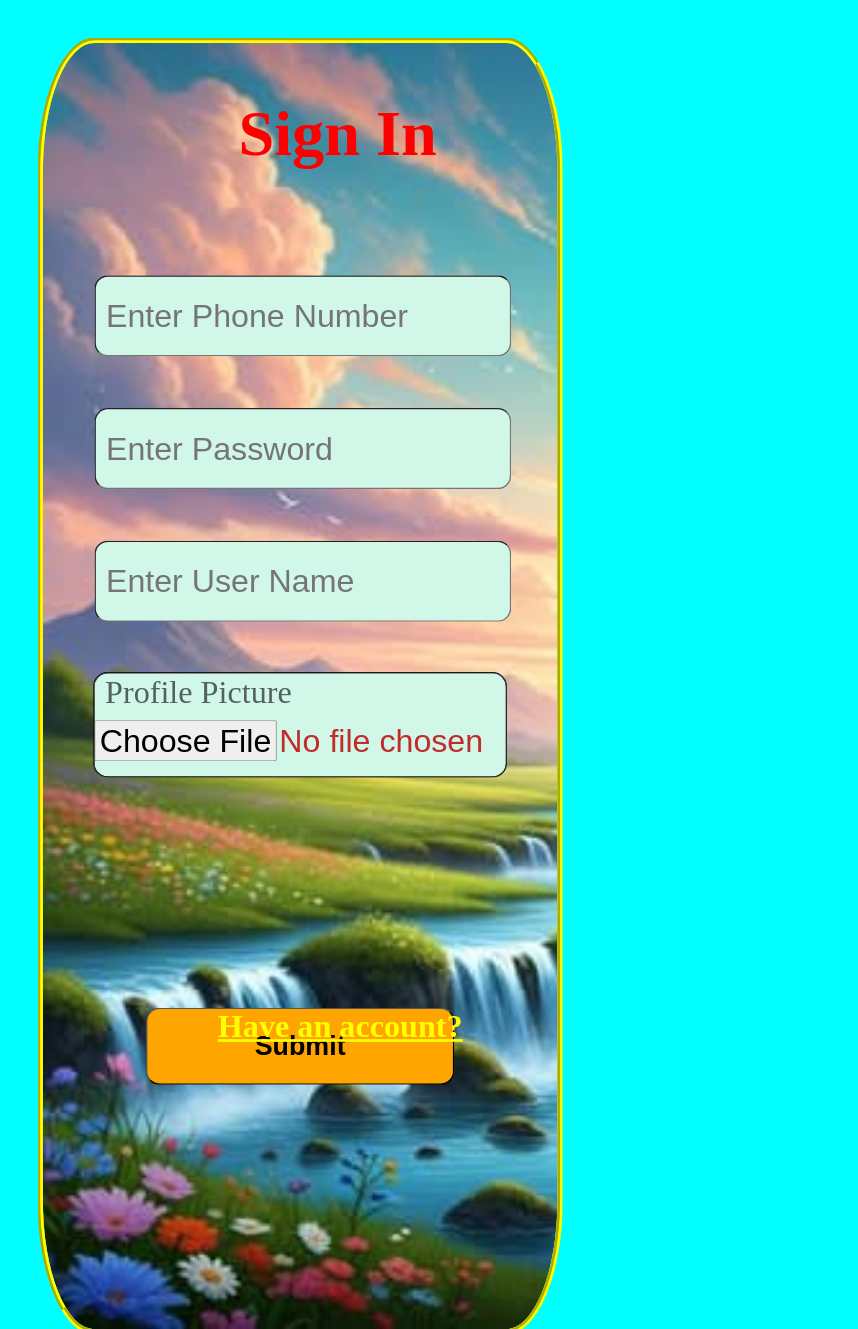
Repository: Amani-Kibet/express-app-web
Page: pages/signup/signIn.html
These files come from the project's save history. The page is drawn as it stood at one moment and after the next save; the edit follows.
The browser window is 1280 px wide. The pictures show the whole page, at 67% of full size.

Above is the page before, as saved 2025-09-28 18:15:37.

### pages/signup/signIn.html
<!DOCTYPE html>
<head>
  <meta name="viewport" content="width= device-width, initial-scale=1.0"/>
  <title> Login Page</title>
  <style>
    body{
      background-color: cyan;
    }
  #board{
    background: url(/pictures/p1.png);
    background-size: cover;
    width: 60vw;
    height: 150vw;
    border-radius: 10%;
    outline: 8px groove yellow;
    position: absolute;
    top: 4rem;
    left: 4rem;
  }
  h2{
    color: red;
    position: relative;
    left: 38%;
    font-size: 6rem
  }
  .inputs{
    width: 80%;
    height: 6%;
    position: relative;
    left: 10%;
    margin-top: 10%;
    border-radius: 20px;
    color: blue;
    font-size: 3em;
    background-color: rgb(209, 247, 233);
  }
  #picC{
    display: flex;
    flex-direction: column;
    height: 14%;
    gap: 10%;
    height: 8%;
    outline: 2px groove black;
    color: rgb(194, 43, 43);
  }
  #picI{
    font-size: 1em;
  }
  #picT{
    font-size: 1em;
    opacity: 0.6;
    font-style: normal;
    position: relative;
    left: 1rem;
    color: black;
  }
  #submit{
    background: orange;
    position: absolute;
    width: 60%;
    height: 6%;
    top: 75%;
    left: 20%;
    border-radius: 20px;
    font-size: 2.5em;
    font-weight: bold;
  }
  #msg{
    background: lightblue;
    width: 70%;
    height: 50%;
    border-radius: 10px;
    position: absolute;
    bottom: 30%;
    left: 15%;
    outline: 4px groove yellow;
    display: none;
  }
  .prog{
    border-radius: 100%;
    position: absolute;
    top: 4%;
    left: 4%;
    outline: 20px groove yellow;
    font-size: 8em;
  }
  #prog2{
      transform: rotateY(90deg)
  }
  #progC{
    transform-style: preserve-3d;
    animation: spin 4s ease-in-out infinite;
  }
  #msgT{
    position: relative;
    top: 36%;
    left: 10%;
    color: blue;
    font-weight: bold;
    font-size: 4em;
    width: 80%;
    height: 20%;
  }
  #loginT{
    position: relative;
    top: 20%;
    left: 12%;
    color: rgb(255, 60, 0);
    font-weight: 500;
    font-size: 5em;
    width: 80%;
    height: 25%;
  }
  .links{
    position: absolute;
    font-weight: 800;
    font-size: 3em;
    color: yellow;
    top: 75%;
    left: 34%
  }
  @keyframes spin{
    0%{transform: rotateY(0deg) rotateX(0deg) translateX(0px)}
    50%{transform: rotateY(360deg) rotateX(60deg) translateX(50px)}
    100%{transform: rotateY(0deg) rotateX(0deg) translateX(0px)}
  }
  </style>
</head>
<body>
  <div id="board">
    <h2>Sign In</h2>
    <input type="number" class="inputs" id="phoneI" placeholder=" Enter Phone Number">
    <input type="password" class="inputs" id="passI" placeholder=" Enter Password">
    <input type="text" class="inputs" id="nameI" placeholder=" Enter User Name">
    <div id="picC" class="inputs">
      <i id="picT">Profile Picture</i>
    <input id="picI" type="file" name="image">
    </div>
  <button id="submit" onclick="f1()">Submit</button>
  <a class="links" id="link1" href="/pages/signup/logIn.html">Have an account?</a>
    <div id="msg">
      <div id="progC">
        <div id="prog1" class="prog">🔴</div>
      <div id="prog2" class="prog">🟢</div>
      </div>
      <p id="loginT">Please wait...</p>
      <h3 id="msgT">No text returned</h3>
    </div>
  </div>
</body>
<script>
  let bt1= document.getElementById("submit")
  let msgT= document.getElementById("msgT")
  let msg= document.getElementById("msg")

function f1(){
  let phoneI= document.getElementById("phoneI").value;
  let passI= document.getElementById("passI").value;
  let nameI= document.getElementById("nameI").value;
  let picI= document.getElementById("picI").files[0];

  let folder= new FormData()
  folder.append("image", picI)
  folder.append("json", JSON.stringify({phone: `${phoneI}`, pass: `${passI}`, name: `${nameI}`}))


  fetch("/path1", {
    method: "POST",
    body: folder
  })
  .then(type=> type.text())
  .then(data=> {
  msg.style.display="block";
  msgT.innerHTML=`${phoneI} ${data}`
  setTimeout(()=>{
  msg.style.display="none";
  window.location.href="/pages/signup/login.html"
}, 8000);
})

  fetch("/path2", {
    method: "POST",
    body: env
  });

}
</script>
</html>

After the next save:
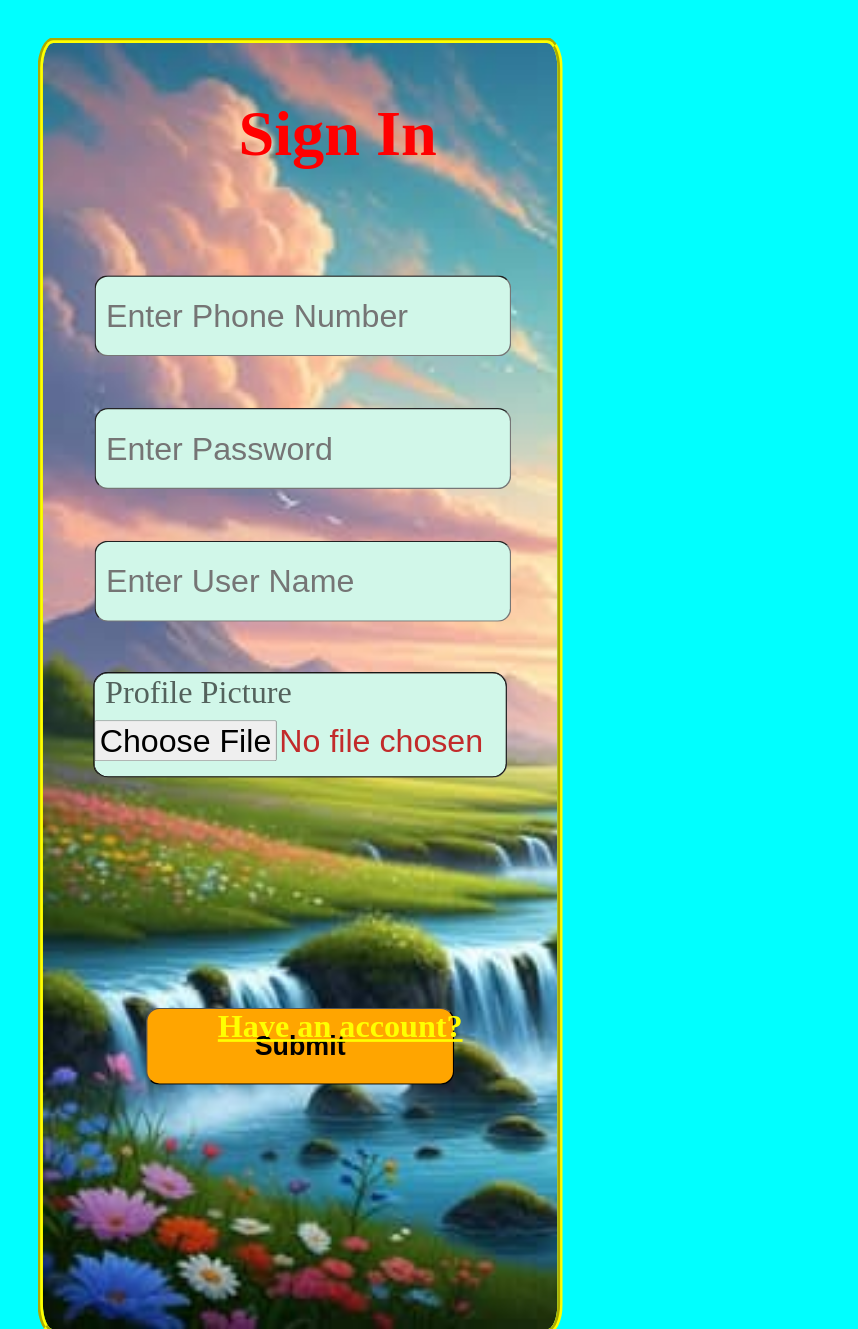
Saved 6 s later.
--- a/pages/signup/signIn.html
+++ b/pages/signup/signIn.html
@@ -11,7 +11,7 @@
     background-size: cover;
     width: 60vw;
     height: 150vw;
-    border-radius: 10%;
+    border-radius: 2%;
     outline: 8px groove yellow;
     position: absolute;
     top: 4rem;
